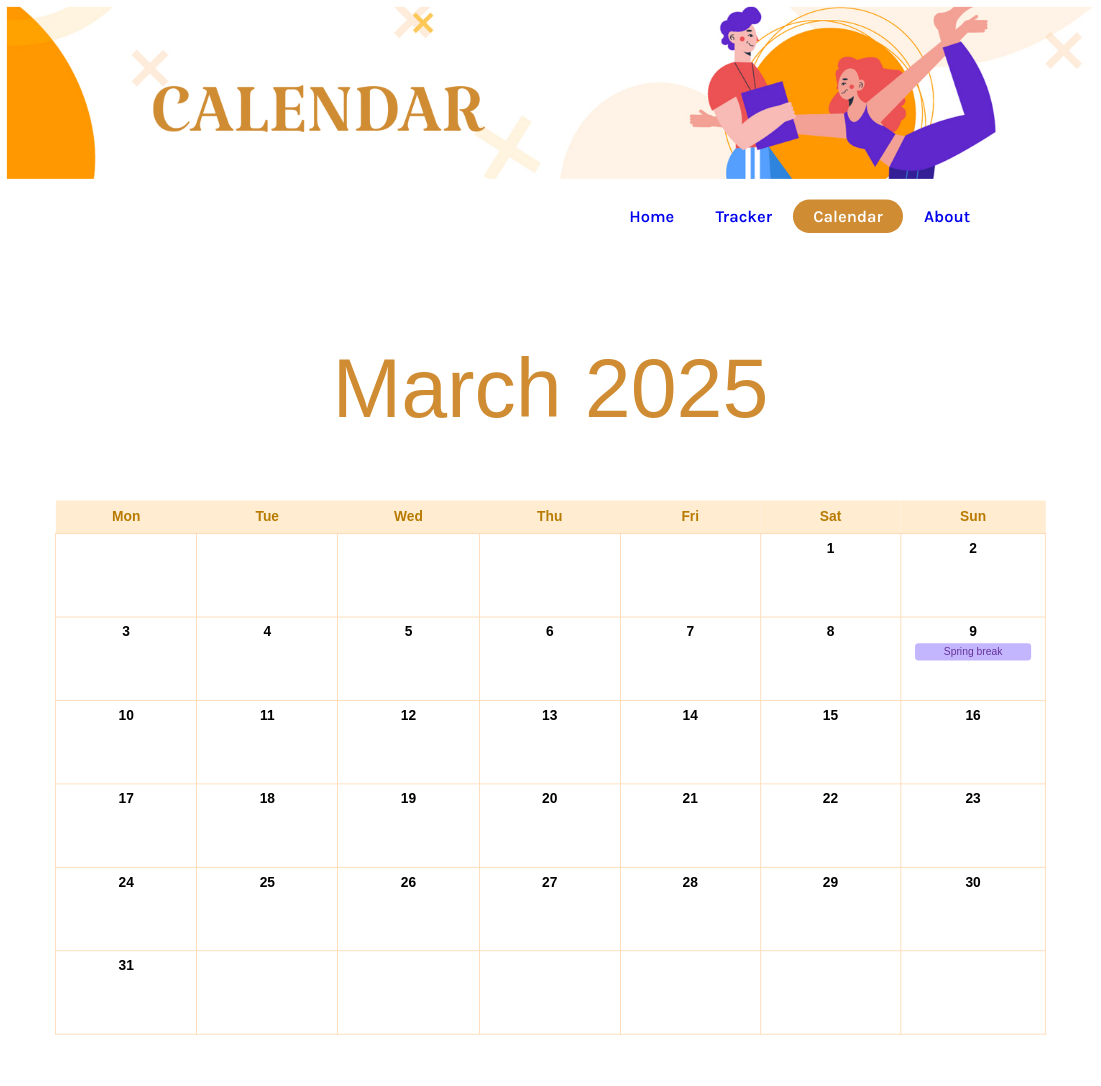
Repository: SandyLy453/habit-tracker
Page: http://localhost/calendar?month=1&year=2025
These files come from the project's save history. The page is drawn as it stood at one moment and after the next save; the edit follows.
The browser window is 1280 px wide. The pictures show the whole page, at 86% of full size.
The page is served by the project's Node server (server.js).

Above is the page before, as saved 2025-03-16 17:29:03.

After the next save:
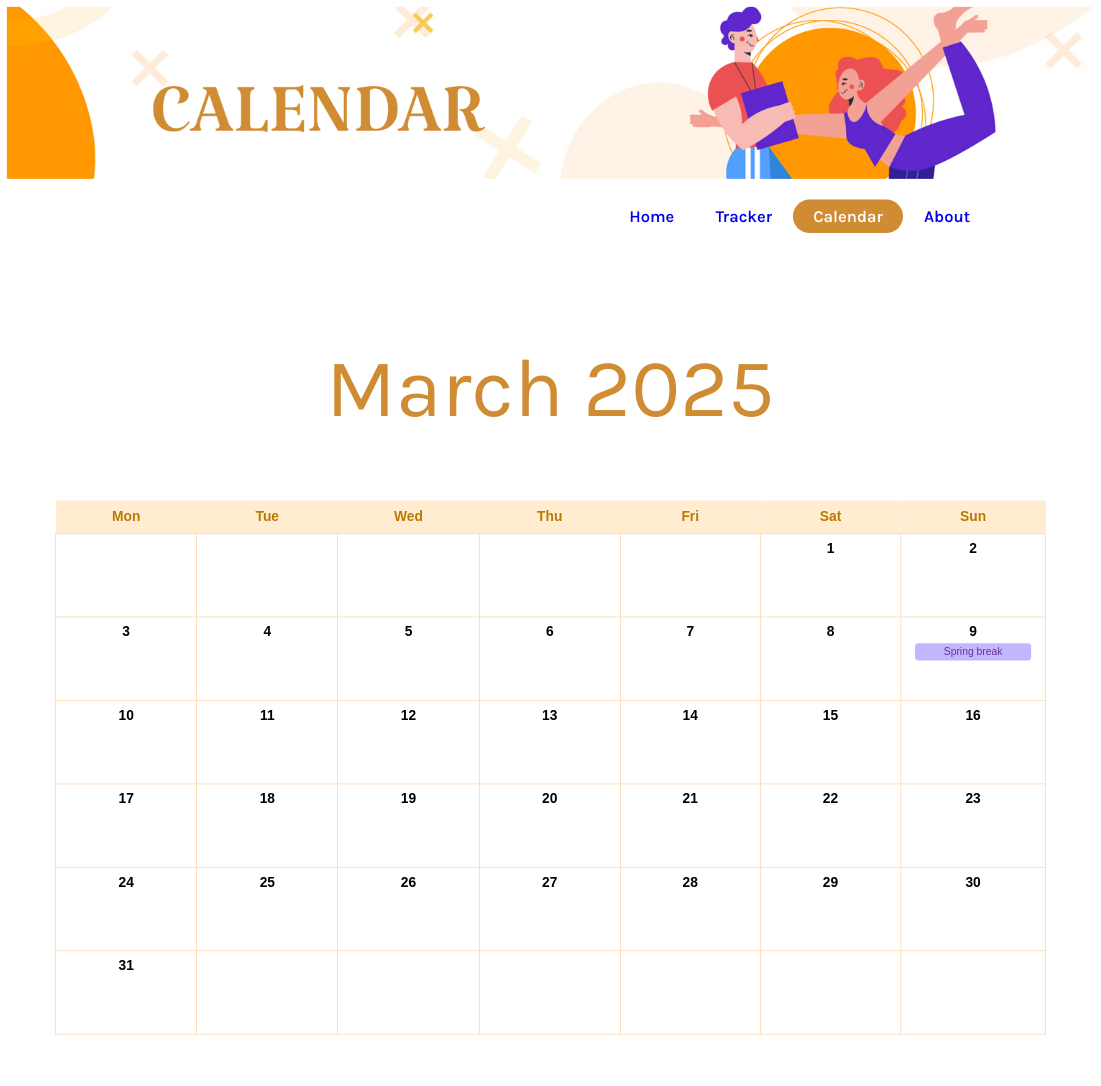
Saved 6 s later.
--- a/public/styles.css
+++ b/public/styles.css
@@ -348,7 +348,7 @@ body {
 
 #month-year {
     color: #CF8C33;
-    font-family: var(--header-font: "Karla", sans-serif);
+    font-family: var(--header-font);
     font-size: 96px;
     font-style: normal;
     font-weight: 400;
